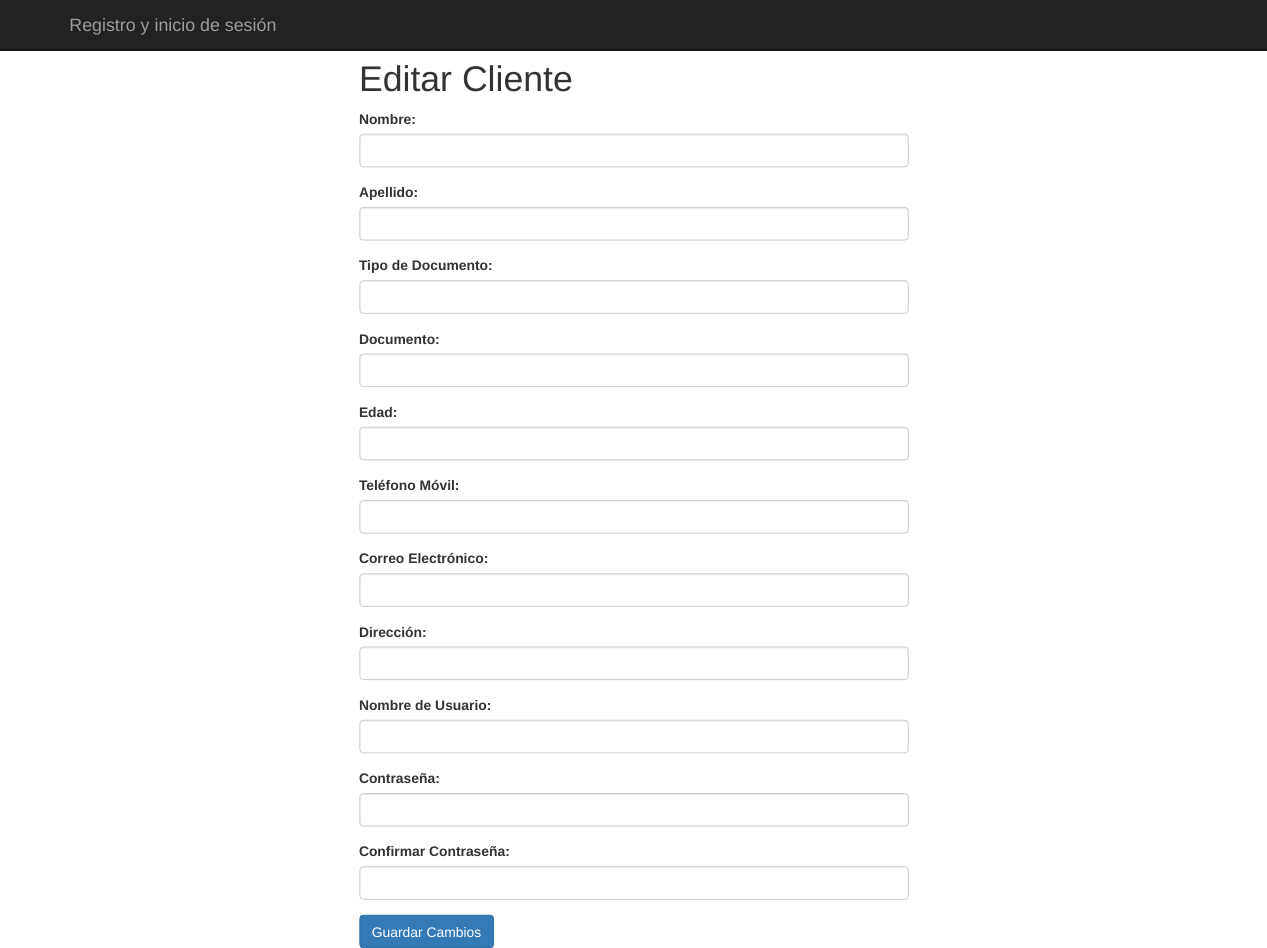
Repository: BolivarCaro/ecenviosweb
Page: http://localhost/edit
These files come from the project's save history. The page is drawn as it stood at one moment and after the next save; the edit follows.
The browser window is 1280 px wide. The pictures show the whole page, at 99% of full size.
The page is this project's Thymeleaf template; nobody is signed in. The template is opened directly, without the code that normally fills it, so the values that code supplies are empty.

Above is the page before, as saved 2024-07-14 14:30:05.
Console error (its wording comes from the project's code and is left out).

After the next save:
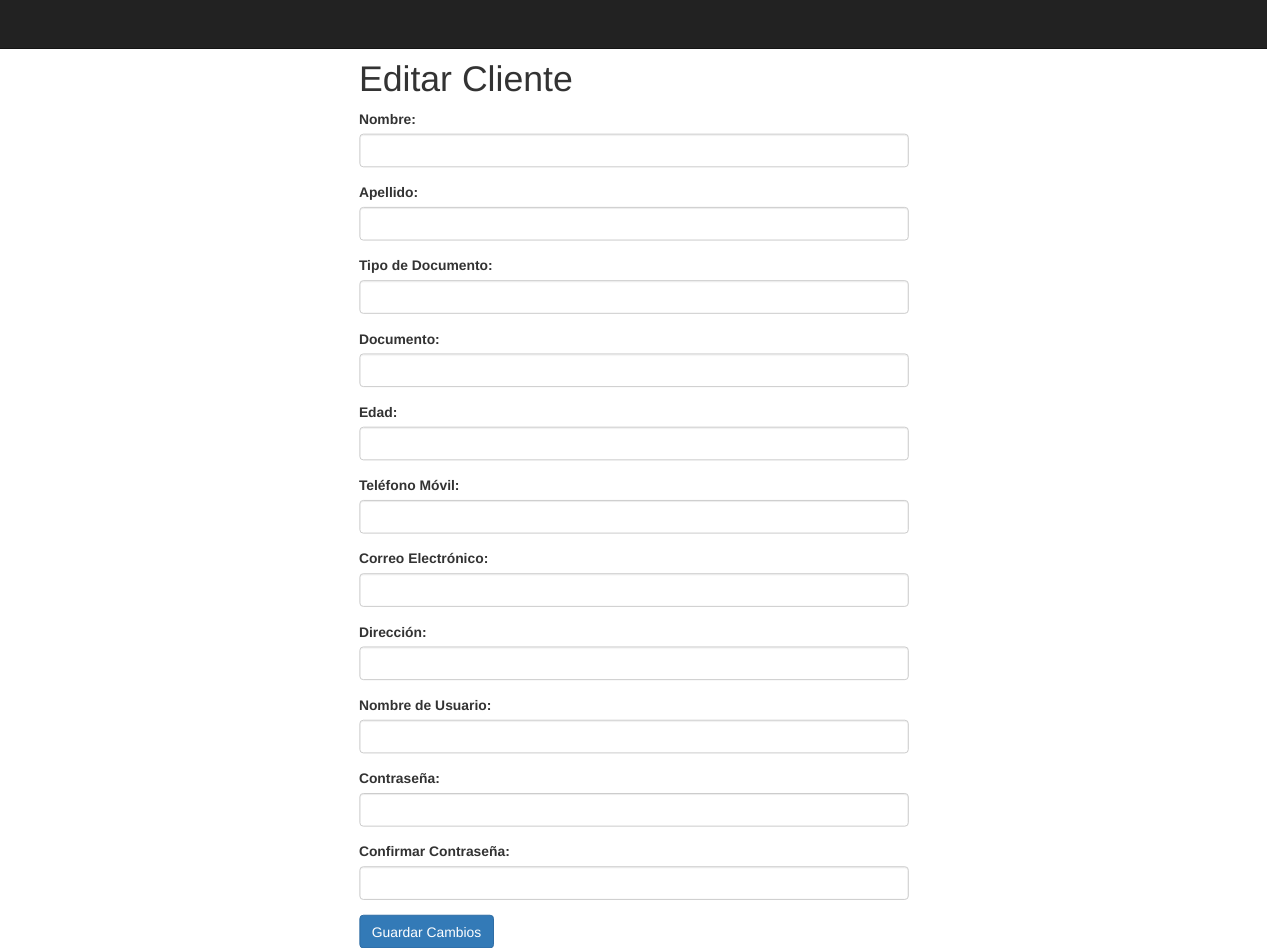
Saved 30 s later.
--- a/sprindbootecenvios/src/main/resources/templates/edit.html
+++ b/sprindbootecenvios/src/main/resources/templates/edit.html
@@ -20,8 +20,7 @@
                         class="icon-bar"></span> <span class="icon-bar"></span> <span
                         class="icon-bar"></span>
                 </button>
-                <a class="navbar-brand" href="#" th:href="@{/}">Registro y
-                    inicio de sesión</a>
+
             </div>
         </div>
     </nav>
